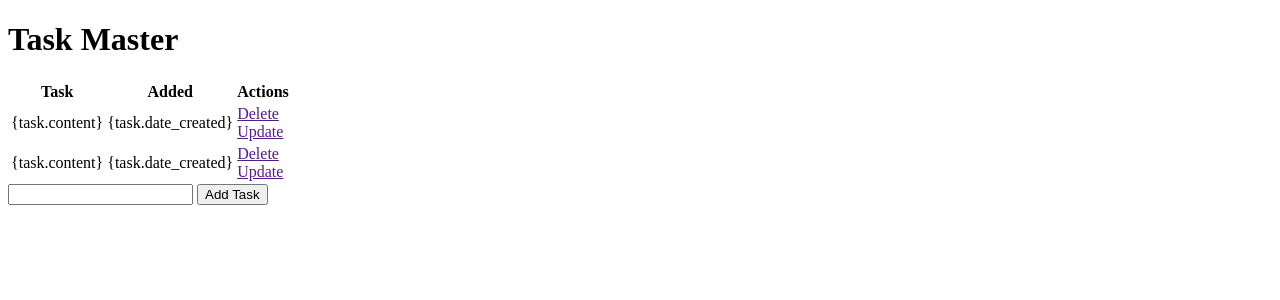
Repository: Mbote-Joseph/Python-Data-Structures
Page: http://localhost/
An editor plug-in stored every save of this project. The page is shown before and after the next save, followed by the edit.
The browser window is 1280 px wide. The pictures show the whole page.
The page is served by the project's application, run on Flask 3 (app.py). The page reads the database file committed with the project.

Above is the page before, as saved 2025-12-10 21:24:50.

After the next save:
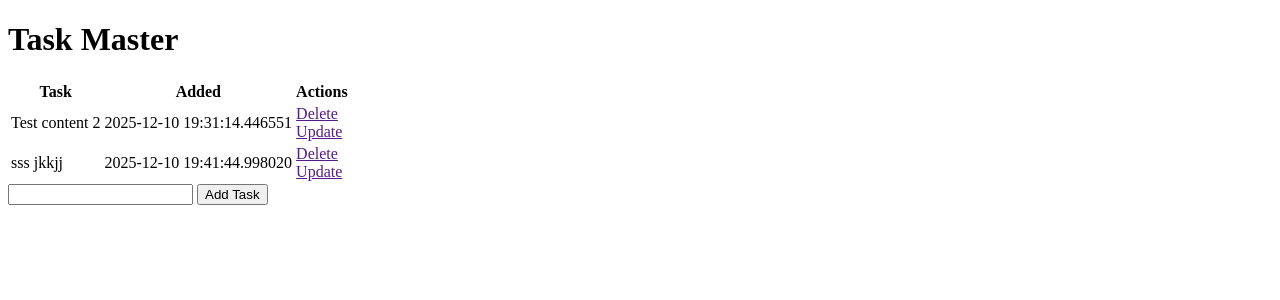
Saved 2 min 11 s later.
--- a/Flask/taskmanager/templates/index.html
+++ b/Flask/taskmanager/templates/index.html
@@ -17,8 +17,8 @@
 
         {% for task in tasks %}
         <tr>
-            <td>{task.content} </td>
-            <td> {task.date_created}</td>
+            <td>{{task.content}} </td>
+            <td> {{task.date_created}}</td>
             <td>
                 <a href=""> Delete </a>
                 <br>
